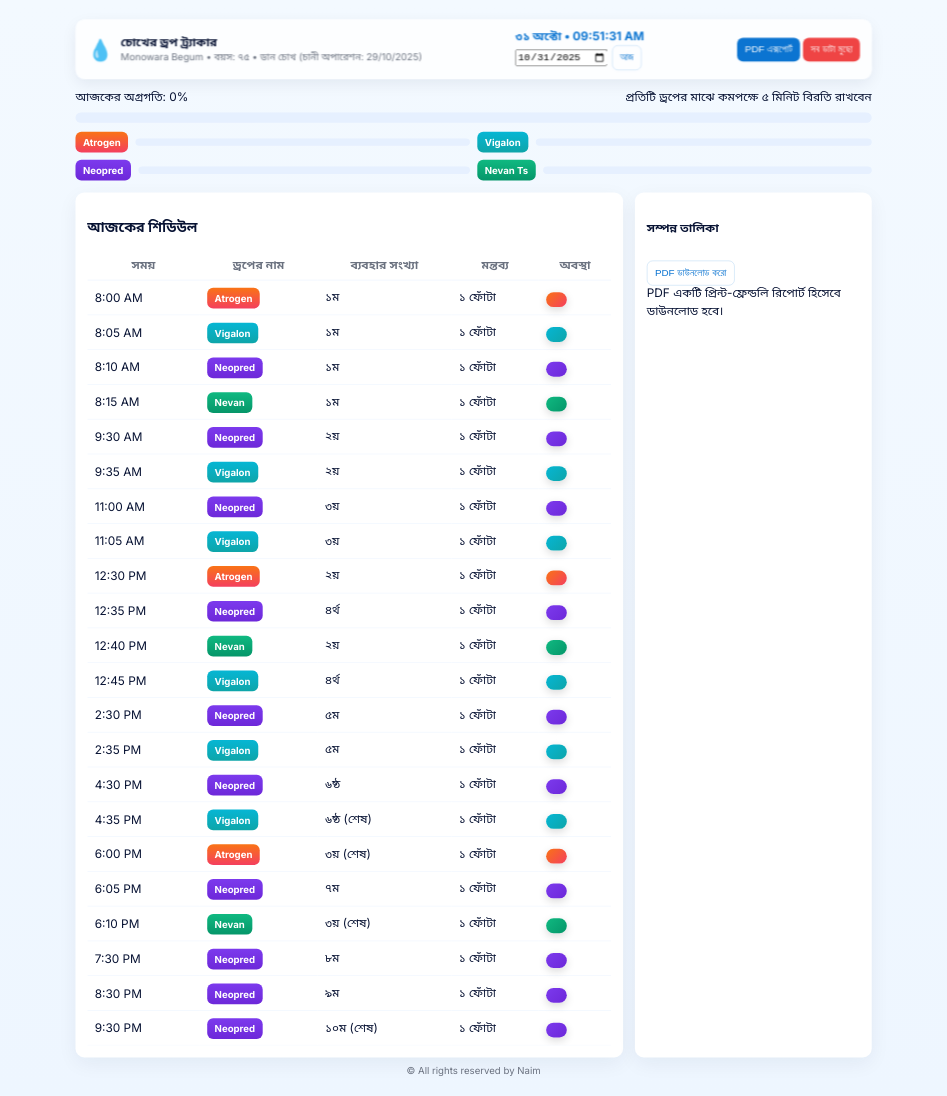
Repository: naimuddin1190/EyeDrop-Tracker
Page: index.html
An editor plug-in stored every save of this project. The page is shown before and after the next save, followed by the edit.
The browser window is 1280 px wide. The pictures show the whole page, at 74% of full size.

Above is the page before, as saved 2025-10-31 12:36:39.

After the next save:
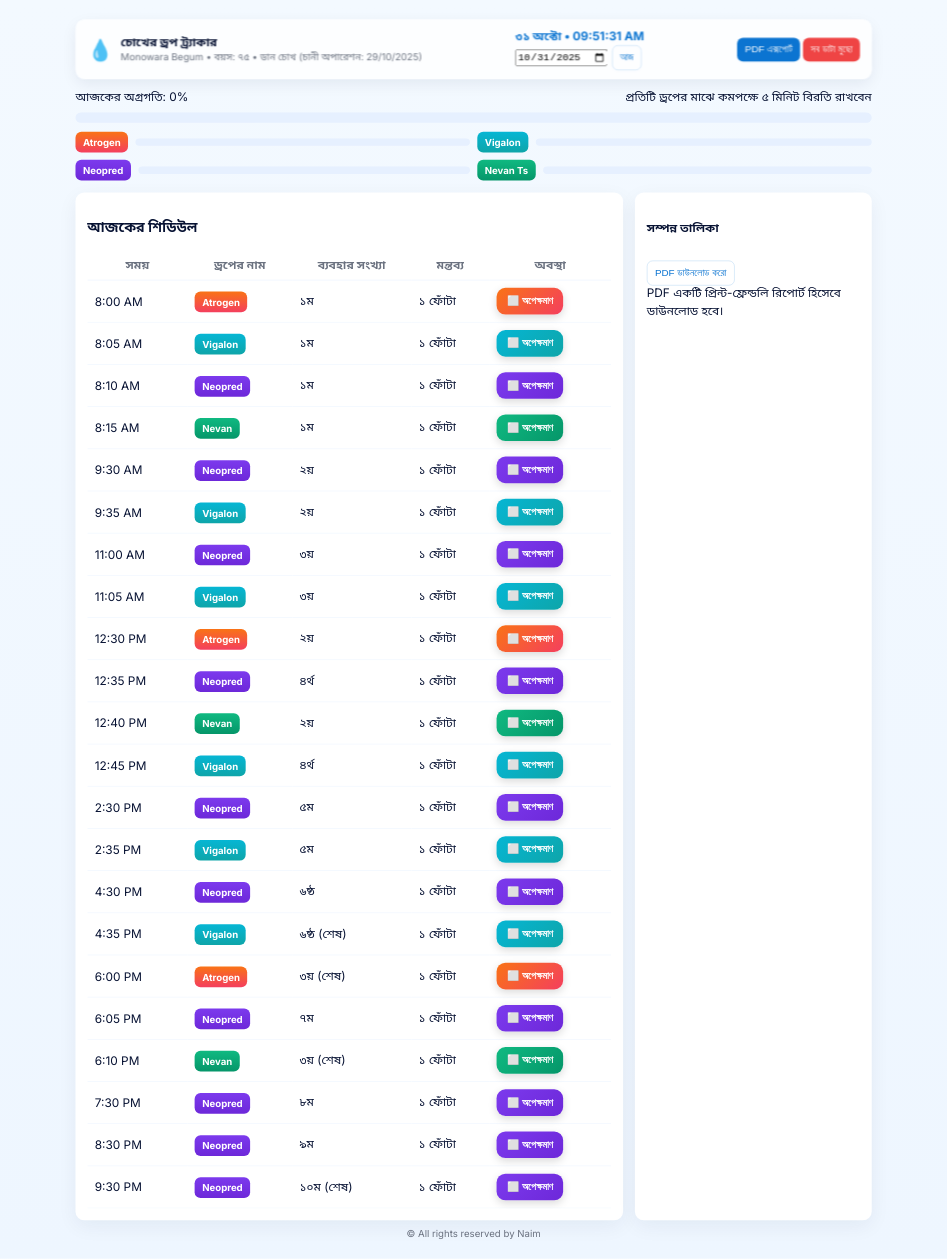
Saved 2 min 37 s later.
--- a/app.js
+++ b/app.js
@@ -99,12 +99,20 @@ function render() {
   day.forEach(it => {
     const tr = document.createElement('tr');
     const medBadge = `<span class="med-badge med-${it.tag}">${it.med.split(' ')[0]}</span>`;
+    const btnText = it.taken ? '✅ সম্পন্ন' : '⬜ অপেক্ষমাণ';
+    const btnClass = it.taken ? 'done' : 'pending';
+
     tr.innerHTML = `
       <td>${it.time}</td>
       <td>${medBadge}</td>
       <td>${it.count}</td>
       <td>${it.note}</td>
-      <td><button class="mark-btn ${it.taken ? 'done' : 'pending'}" data-idx="${it.idx}" data-drop="${it.tag}">`;
+      <td>
+        <button class="mark-btn ${btnClass}" data-idx="${it.idx}" data-drop="${it.tag}">
+          ${btnText}
+        </button>
+      </td>
+    `;
     scheduleBody.appendChild(tr);
 
     if (it.taken) {
@@ -170,7 +178,6 @@ function updateProgressUI(day) {
     if (p < 100) allComplete = false;
   });
 
-  // যদি সব ড্রপ সম্পন্ন হয়
   let doneMsg = document.getElementById('allDoneMsg');
   if (allComplete) {
     if (!doneMsg) {
